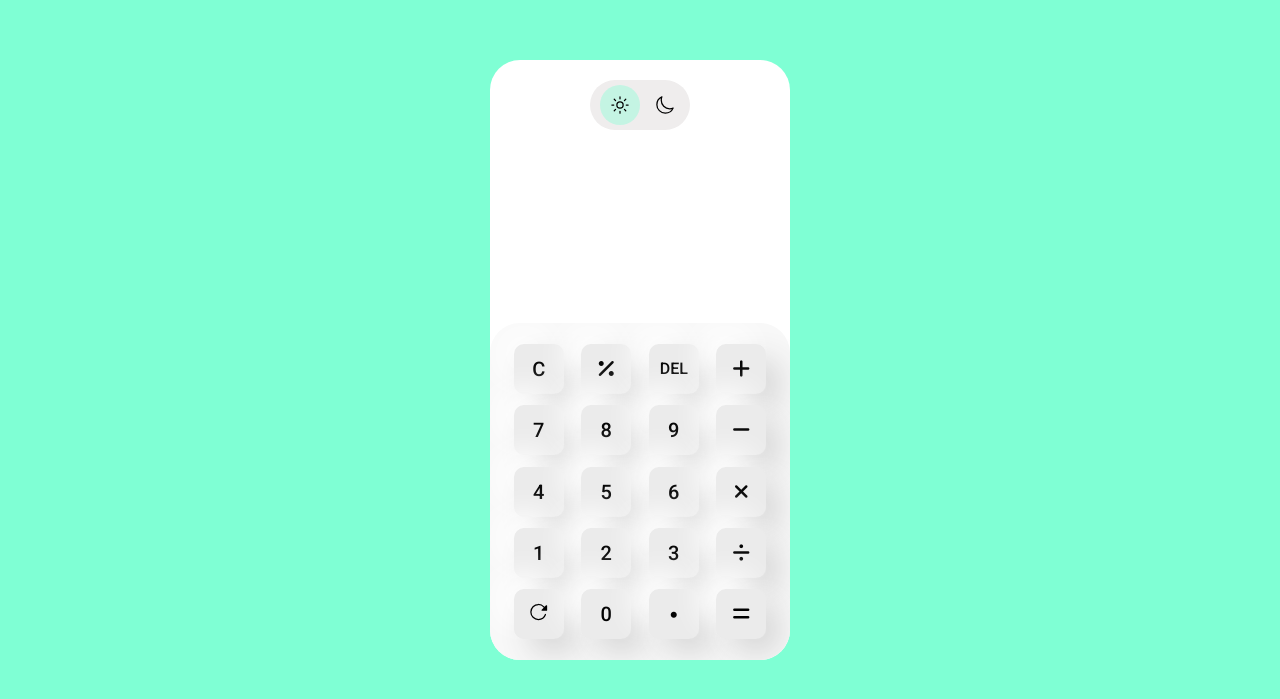
Repository: dinhtri123/caculator-app
Page: index.html
The author's editor kept a copy of each file at every save. The page is drawn from the files as they stood at one save, then again after the next save.
The browser window is 1280 px wide. The pictures show the whole page.

Above is the page before, as saved 2023-01-03 21:09:41.

### index.html
<!DOCTYPE html>
<html lang="en">
  <head>
    <meta charset="UTF-8" />
    <meta http-equiv="X-UA-Compatible" content="IE=edge" />
    <meta name="viewport" content="width=device-width, initial-scale=1.0" />
    <title>Caculator App</title>
    <script
      type="module"
      src="https://unpkg.com/ionicons@5.5.2/dist/ionicons/ionicons.esm.js"
    ></script>
    <script
      nomodule
      src="https://unpkg.com/ionicons@5.5.2/dist/ionicons/ionicons.js"
    ></script>
    <link
      rel="stylesheet"
      href="https://cdnjs.cloudflare.com/ajax/libs/font-awesome/6.2.1/css/all.min.css"
      integrity="sha512-MV7K8+y+gLIBoVD59lQIYicR65iaqukzvf/nwasF0nqhPay5w/9lJmVM2hMDcnK1OnMGCdVK+iQrJ7lzPJQd1w=="
      crossorigin="anonymous"
      referrerpolicy="no-referrer"
    />
    <link rel="stylesheet" href="style.css" />
  </head>
  <body>
    <div class="wrapper">
      <div class="mode">
        <div class="button-mode light active-mode">
          <ion-icon name="sunny-outline" class="icon-mode"></ion-icon>
        </div>
        <div class="button-mode dark">
          <ion-icon name="moon-outline" class="icon-mode"></ion-icon>
        </div>
      </div>
      <div class="main">
        <div class="display">
          <div class="show"></div>
          <div class="result"></div>
        </div>
        <div class="caculator">
          <div>
            <button class="btn clear operator">C</button>
          </div>
          <div>
            <button value="%" class="btn operator">
              <i class="fa-solid fa-percent"></i>
            </button>
          </div>
          <div>
            <button class="btn delete operator">DEL</button>
          </div>
          <div>
            <button value="+" class="btn">
              <i class="fa-solid fa-plus operator"></i>
            </button>
          </div>
          <div>
            <button value="7" class="btn">7</button>
          </div>
          <div>
            <button value="8" class="btn">8</button>
          </div>
          <div>
            <button value="9" class="btn">9</button>
          </div>
          <div>
            <button value="-" class="btn operator">
              <i class="fa-solid fa-minus"></i>
            </button>
          </div>
          <div>
            <button value="4" class="btn">4</button>
          </div>
          <div>
            <button value="5" class="btn">5</button>
          </div>
          <div>
            <button value="6" class="btn">6</button>
          </div>
          <div>
            <button value="*" class="btn operator">
              <i class="fa-solid fa-xmark"></i>
            </button>
          </div>
          <div>
            <button value="1" class="btn">1</button>
          </div>
          <div>
            <button value="2" class="btn">2</button>
          </div>
          <div>
            <button value="3" class="btn">3</button>
          </div>
          <div>
            <button value="/" class="btn operator">
              <i class="fa-solid fa-divide"></i>
            </button>
          </div>
          <div>
            <button class="undo">
              <ion-icon name="reload-outline"></ion-icon>
            </button>
          </div>
          <div>
            <button value="0" class="btn">0</button>
          </div>
          <div>
            <button class="btn dot" value=".">
              <i class="fa-solid fa-circle"></i>
            </button>
          </div>
          <div>
            <button class="btn equal operator">
              <i class="fa-solid fa-equals"></i>
            </button>
          </div>
        </div>
      </div>
    </div>
  </body>
  <script src="index.js"></script>
</html>

### style.css
@import url("https://fonts.googleapis.com/css2?family=Roboto:wght@100;300;400;500;700&display=swap");
* {
  margin: 0;
  padding: 0;
  box-sizing: border-box;
  font-family: "Roboto", sans-serif;
}
body {
  width: 100%;
  min-height: 100vh;
  height: 100%;
  background-color: aquamarine;
  font-size: 16px;
  line-height: 1.5;
  font-weight: 400;
  display: flex;
  justify-content: center;
  align-items: center;
}
.wrapper {
  max-width: 300px;
  width: 100%;
  height: 600px;
  background: white;
  border-radius: 30px;
  position: relative;
  overflow: hidden;
}
.mode {
  position: absolute;
  top: 20px;
  left: 50%;
  transform: translateX(-50%);
  width: 100px;
  height: 50px;
  background-color: rgb(239, 237, 237);
  border-radius: 30px;
  padding: 0px 10px;
  display: flex;
  justify-content: space-around;
  align-items: center;
  gap: 5px;
}
.light,
.dark {
  display: flex;
  justify-content: center;
  align-items: center;
  padding: 10px;
  border-radius: 50%;
}
.active-mode {
  background-color: rgba(127, 255, 212, 0.388);
}
.icon-mode {
  font-size: 20px;
  cursor: pointer;
}
.main {
  width: 100%;
  height: 100%;
  display: flex;
  flex-direction: column;
  gap: 40px;
}
.display {
  width: 100%;
  height: 40%;
  display: flex;
  flex-direction: column;
  justify-content: end;
  align-items: flex-end;
  padding: 0px 40px;
}
.show {
  font-size: 20px;
  font-weight: 600;
}
.result {
  font-size: 40px;
  font-weight: 700;
}
.caculator {
  width: 100%;
  height: 60%;
  padding: 15px;
  border-top-left-radius: 30px;
  border-top-right-radius: 30px;
  background-color: rgb(248, 248, 248);
  display: grid;
  grid-template-columns: repeat(4, 1fr);
  justify-content: center;
  align-items: center;
}
.caculator > div {
  display: flex;
  justify-content: center;
  align-items: center;
}
button {
  width: 50px;
  height: 50px;
  border-radius: 10px;
  outline: none;
  border: none;
  background: #ebebeb;
  box-shadow: 15px 15px 30px #d8d8d8, -15px -15px 30px #fefefe;
  font-size: 20px;
  cursor: pointer;
  font-weight: 500;
}
.dot {
  font-size: 6px;
}
.delete {
  font-size: 16px;
}
.operator {
  color: ;
}

### index.js
// mode
const btnMode = document.querySelectorAll(".button-mode");
for (let i = 0; i < btnMode.length; i++) {
  btnMode[i].addEventListener("click", function () {
    for (let j = 0; j < btnMode.length; j++) {
      btnMode[j].className = btnMode[j].className.replace(" active-mode", "");
    }
    this.className += " active-mode";
  });
}
// caculator
const btn = document.querySelectorAll(".btn");
const result = document.querySelector(".result");
const show = document.querySelector(".show");
const equal = document.querySelector(".equal");
const resetField = document.querySelector(".clear");
const clearOneNumber = document.querySelector(".delete");
const undo = document.querySelector(".undo");


for (let i = 0; i < btn.length; i++) {
  btn[i].addEventListener("click", function () {
    show.textContent += this.value;
  });
}

equal.addEventListener("click", function () {
  const res = show.textContent;
  const output = eval(res);
  result.textContent = output;
  localStorage.setItem("undo", (show.textContent += this.value));
});

clearOneNumber.addEventListener("click", function () {
  let res = show.textContent;
  show.textContent = res.slice(0, -1);
});

resetField.addEventListener("click", function () {
  show.textContent = "";
  result.textContent = "";
});

undo.addEventListener("click", function () {
  let values = localStorage.getItem("undo");
  show.textContent = values;
});

After the next save:
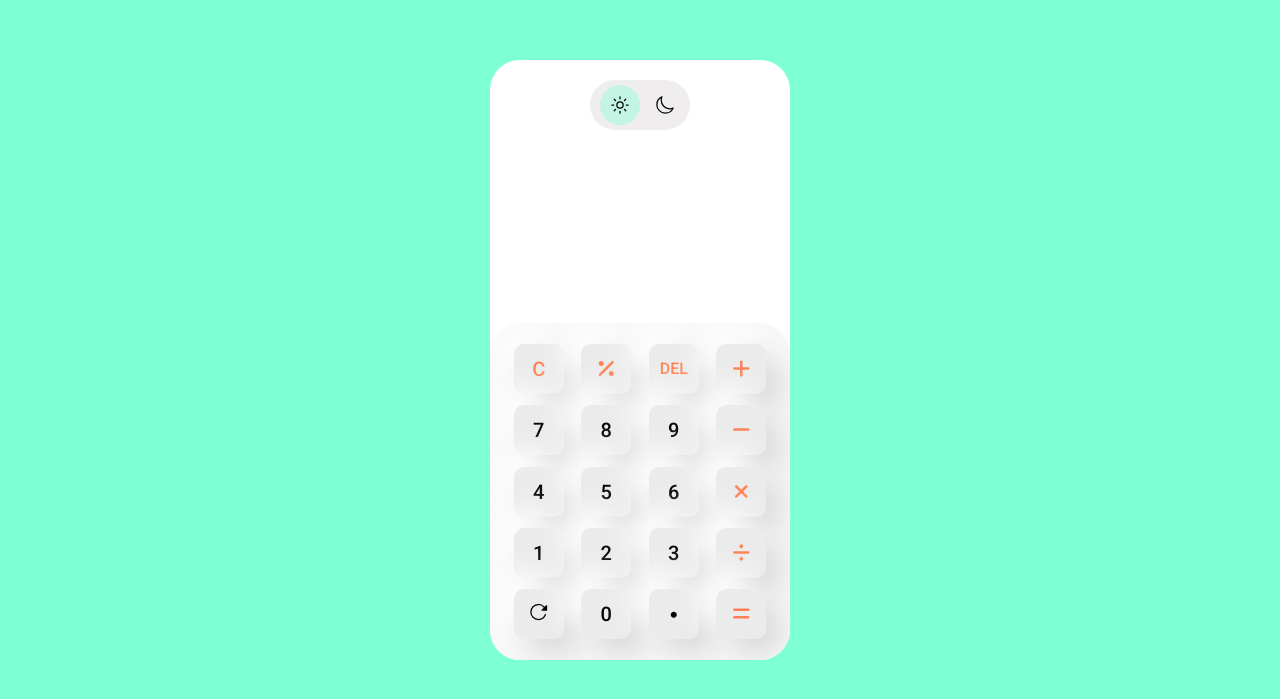
Saved 4 s later.
--- a/style.css
+++ b/style.css
@@ -116,5 +116,5 @@ button {
   font-size: 16px;
 }
 .operator {
-  color: ;
+  color: coral;
 }
